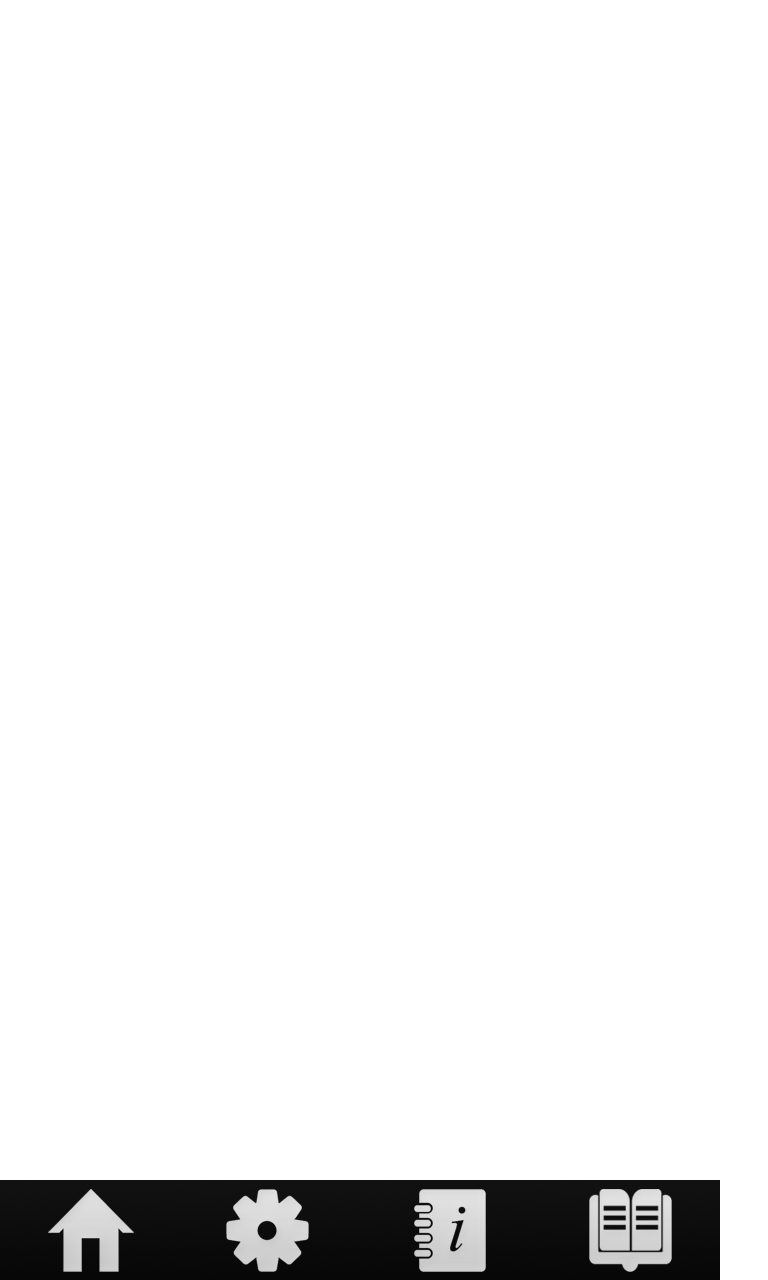
Repository: jo3bolton/PIKJEJ
Layout: PIKJEJ v7/PIKJEJ/res/layout/activity_predictor.xml
An editor plug-in stored every save of this project. The layout is shown before and after the next save, followed by the edit.
It is drawn on a 768 x 1280 px phone screen (xhdpi) without system bars, with theme AppTheme; the app's code is not run.

Above is the layout before, as saved 2013-03-23 14:18:37.

After the next save:
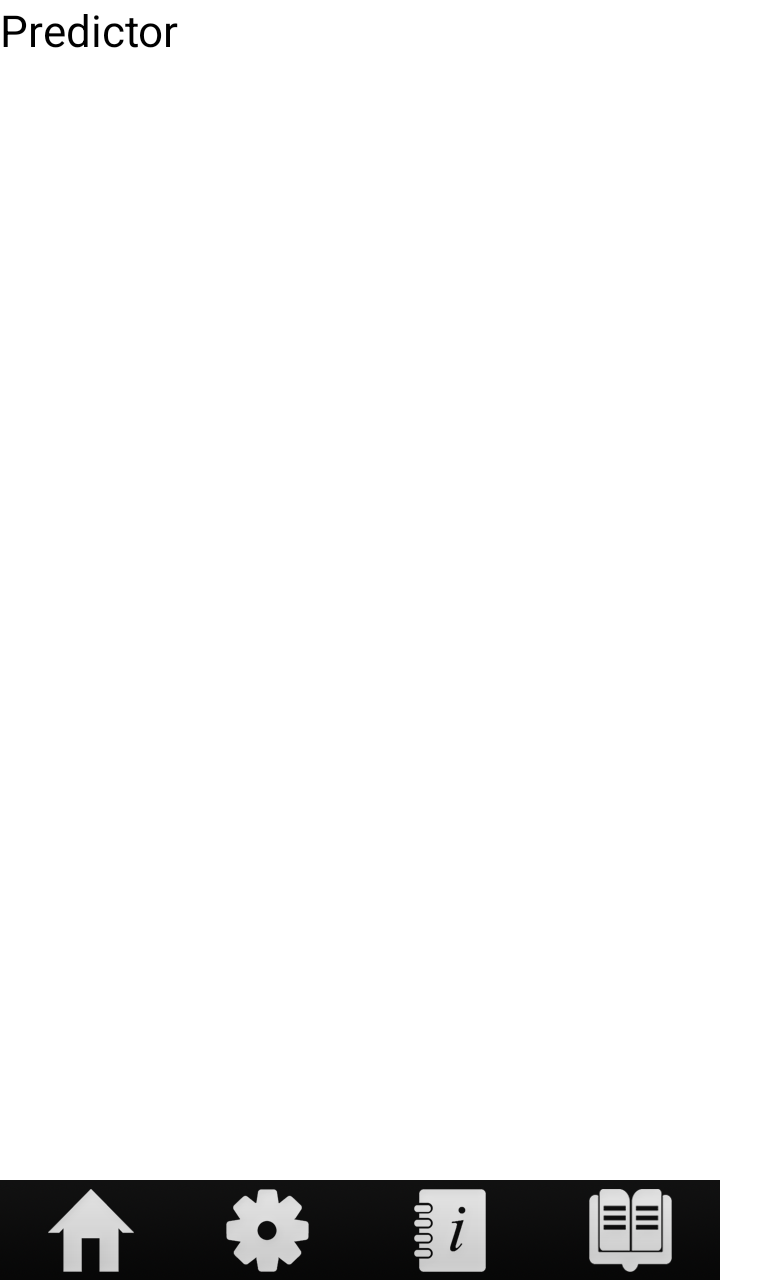
Saved 25 s later.
--- a/PIKJEJ v7/PIKJEJ/res/layout/activity_predictor.xml
+++ b/PIKJEJ v7/PIKJEJ/res/layout/activity_predictor.xml
@@ -54,6 +54,7 @@
         android:layout_alignParentLeft="true"
         android:layout_alignParentRight="true"
         android:layout_alignParentTop="true"
+        android:text="@string/title_activity_predictor"
         android:contentDescription="@string/title_activity_predictor"
         android:textAppearance="?android:attr/textAppearanceLarge" />
 
